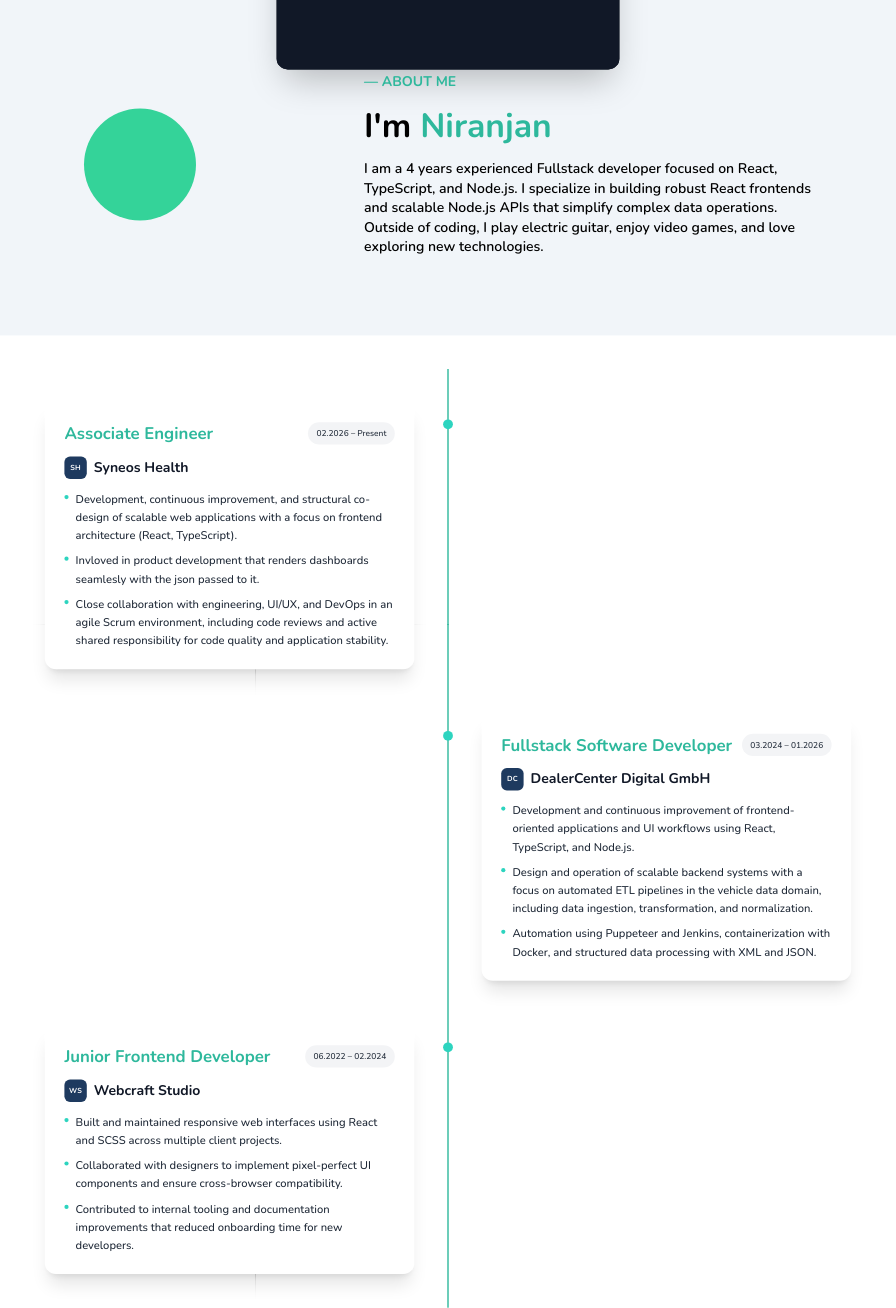
Repository: Niranjan-webdev/My-portfolio
Page: /
The author's editor kept a copy of each file at every save. The page is drawn from the files as they stood at one save, then again after the next save.
The browser window is 1280 px wide. The pictures show the part of the page from y = 713 to 2633 px (the page is 2581 px tall before and 2633 px after), at 70% of full size.
The project was rebuilt for these pictures with package versions that can differ from the ones it lists, and the page was loaded fresh each time. Also part of the build but not shown: next.config.mjs.

Above is the page before, as saved 2026-03-21 12:19:11.

After the next save:
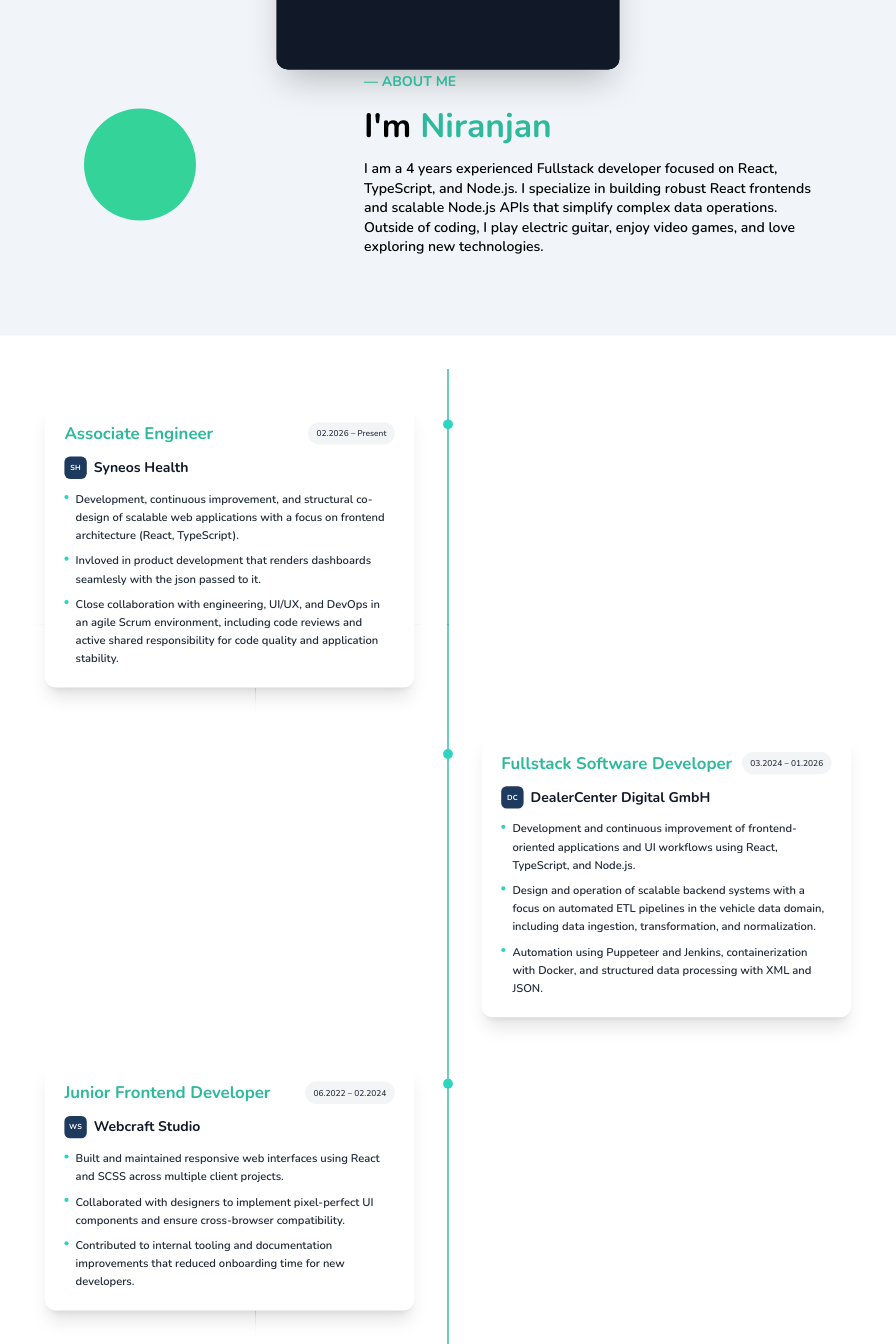
Saved 5 s later.
--- a/src/components/TimelineCard.js
+++ b/src/components/TimelineCard.js
@@ -26,7 +26,7 @@ function TimelineCard({ item }) {
         {/* Bullets */}
         <ul className="flex flex-col gap-2.5 p-0 m-0 list-none">
           {item.bullets.map((b, i) => (
-            <li key={i} className="flex gap-2.5 text-base font-[500] text-gray-800 leading-relaxed">
+            <li key={i} className="flex gap-2.5 text-base font-[600] text-gray-800 leading-relaxed">
               <span className="w-1.5 h-1.5 rounded-full bg-[#2dd4bf] shrink-0 mt-[7px]" />
               <span>{b}</span>
             </li>
